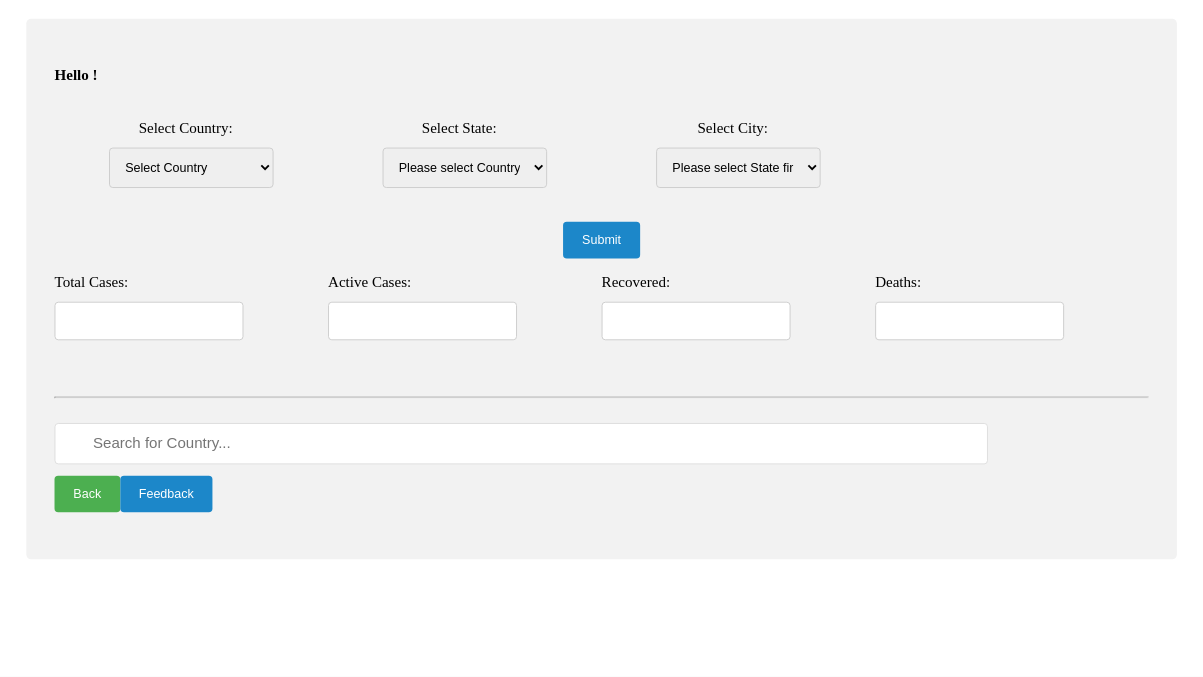
Repository: TruptiMane23/SCSCovid19RegionalInfo
Page: http://localhost/SCSCovid19/WEB-INF/view/covid_details.jsp
An editor plug-in stored every save of this project. The page is shown before and after the next save, followed by the edit.
The browser window is 1280 px wide. The pictures show the whole page, at 94% of full size.
The page is served by Tomcat 9. Nobody is signed in. The template is opened directly, without the code that normally fills it, so the values that code supplies are empty.

Above is the page before, as saved 2020-07-03 20:57:12.
Console error: SyntaxError: Unexpected token ';'

After the next save:
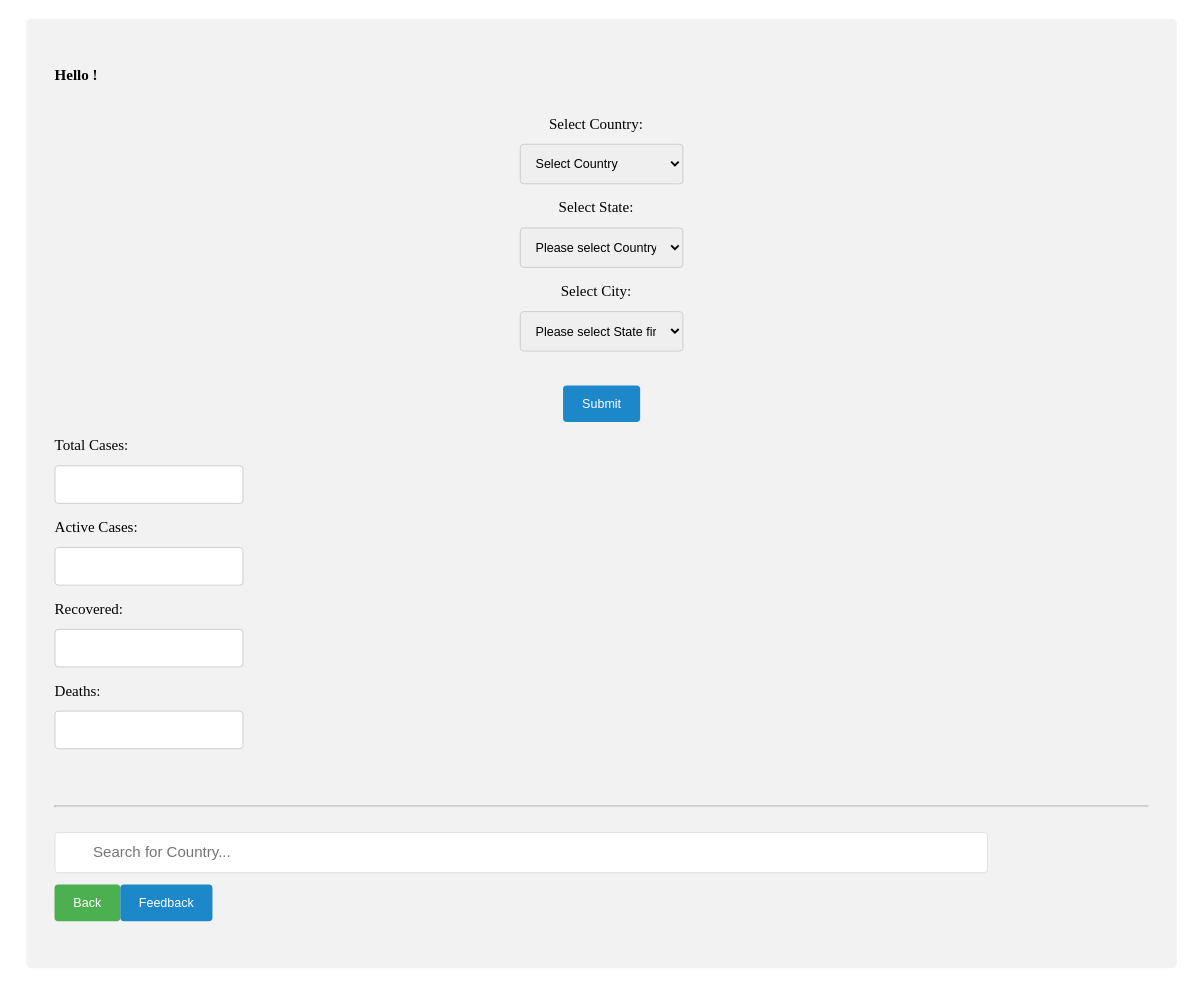
Saved 54 s later.
--- a/SCSCovid19/src/main/webapp/WEB-INF/view/covid_details.jsp
+++ b/SCSCovid19/src/main/webapp/WEB-INF/view/covid_details.jsp
@@ -45,7 +45,7 @@
 						}
 
 						.col-25 {
-							float: left;
+							/* float: left; */
 							width: 25%;
 							margin-top: 4px;
 						}

After the save that followed:
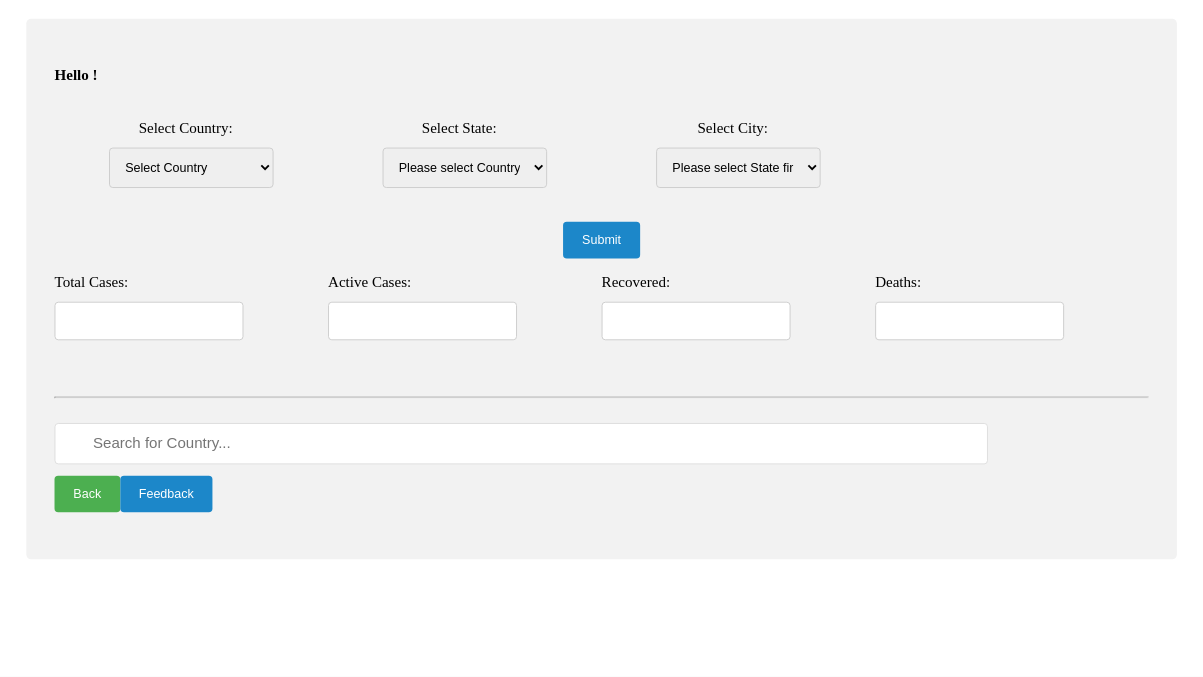
Saved 103 s later.
--- a/SCSCovid19/src/main/webapp/WEB-INF/view/covid_details.jsp
+++ b/SCSCovid19/src/main/webapp/WEB-INF/view/covid_details.jsp
@@ -45,7 +45,7 @@
 						}
 
 						.col-25 {
-							/* float: left; */
+							float: left;
 							width: 25%;
 							margin-top: 4px;
 						}
